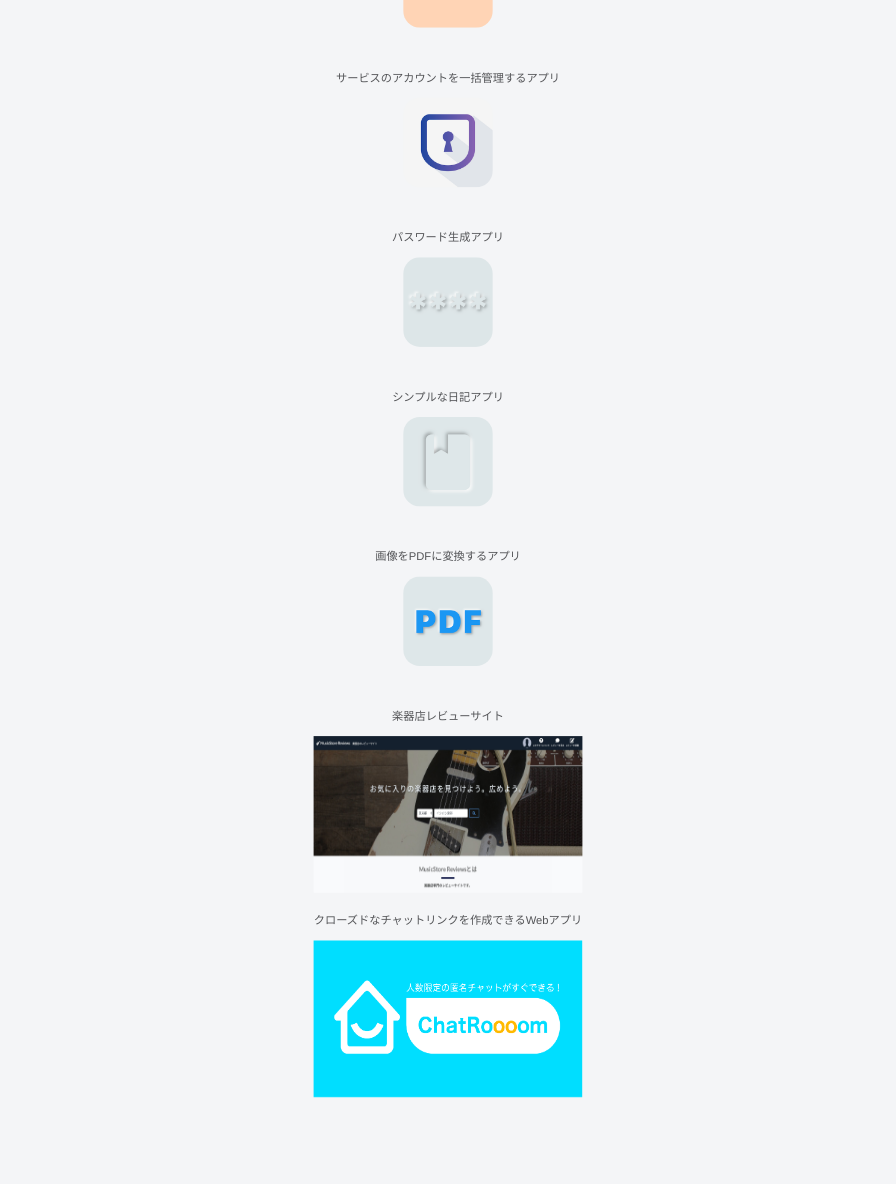
Repository: nosuke0926/my-portfolio
Page: /works
These files come from the project's save history. The page is drawn as it stood at one moment and after the next save; the edit follows.
The browser window is 1280 px wide. The pictures show the part of the page from y = 1661 to 3581 px (the page is 3353 px tall before and 3581 px after), at 70% of full size.
The project was rebuilt for these pictures with package versions that can differ from the ones it lists, and the page was loaded fresh each time. The framework's server and built-in components were replaced by stand-ins that run in the browser. Also part of the build but not shown: next.config.js.

Above is the page before, as saved 2022-08-03 15:48:29.

### pages/_app.tsx
import React from 'react'
import { AppProps } from 'next/app'
import NavTabs from '../components/Tab'
import styles from '../components/layout.module.css'
import utilStyles from '../styles/utils.module.css'
import '../styles/styles.scss'

const App = ({ Component, pageProps }: AppProps) => (
  <div className={utilStyles.backgroundColor}>
    <header className={styles.header}>
      <NavTabs />
    </header>
    <Component {...pageProps} />
  </div>
)

export default App

### pages/works.tsx
import Layout from '../components/Layout'
import utilStyles from '../styles/utils.module.css'
import styles from '../components/layout.module.css'
import TransitionsModal from '../components/modal'

const WorksView = (props: any) => (
  <Layout>
    <div className={styles.header}>
      <p>世の中を少しだけ面白く、便利にするサービスを開発しています。</p>
      <section className={utilStyles.headingMd}>
        <p>
          <TransitionsModal
            src="/images/products/subsc.png"
            alt="アプリ（さぶすく）"
            description="サブスクリプションを賢く管理するアプリ"
            appTitle="さぶすく"
            useTechnology={['Flutter', 'Firebase']}
            appDescription="サービスの無料期間終了前にプッシュ通知でお知らせします。毎月・毎年のサブスクリプションサービスにいくらお金を使っているのかもグラフで可視化します。"
            iosUrl="https://apps.apple.com/jp/app/id1506451600?mt=8"
            productHuntUrl="https://www.producthunt.com/posts/subsc?utm_source=badge-featured&utm_medium=badge&utm_souce=badge-subsc"
            productHuntPostId="349809"
            androidUrl="https://play.google.com/store/apps/details?id=com.nosuke.subscriptionManagement&pcampaignid=pcampaignidMKT-Other-global-all-co-prtnr-py-PartBadge-Mar2515-1"
            type="native"
          />
        </p>
        <p>
          <TransitionsModal
            src="/images/products/rapid.png"
            alt="アプリ（爆速Todoメモ）"
            description="起動して2秒でメモできるアプリ"
            appTitle="爆速Todoメモ"
            useTechnology={['Flutter']}
            appDescription="アプリを起動すると同時にキーボードが開きます。また記入と閲覧が同時にできるよう一画面を分割した新しいメモアプリです。"
            iosUrl="https://apps.apple.com/jp/app/id1511398926?mt=8"
            androidUrl="https://play.google.com/store/apps/details?id=com.nosuke.rapid&pcampaignid=pcampaignidMKT-Other-global-all-co-prtnr-py-PartBadge-Mar2515-1"
            type="native"
          />
        </p>
        <p>
          <TransitionsModal
            src="/images/products/yomoo.png"
            alt="アプリ（Yomoo）"
            description="ニューモフィズムな読書管理アプリ"
            appTitle="Yomoo"
            useTechnology={['Flutter']}
            appDescription="2020年~のUIデザインのトレンドであるNeumorphismを取り入れた読書管理アプリです。楽天ブックスAPI、openBDと連携してバーコード読み取りからの書籍登録が可能です。"
            iosUrl="https://apps.apple.com/jp/app/id1516860157?mt=8"
            androidUrl="https://play.google.com/store/apps/details?id=com.nosuke.yomoo&pcampaignid=pcampaignidMKT-Other-global-all-co-prtnr-py-PartBadge-Mar2515-1"
            type="native"
          />
        </p>
        <p>
          <TransitionsModal
            src="/images/products/oshiPay.png"
            alt="アプリ（推しPay）"
            description="推しへの愛を管理&シェアするアプリ"
            appTitle="推しPay"
            useTechnology={['Flutter', 'Firebase']}
            appDescription="「推し」にいくらお金を使っているのかを記録&SNSにシェアできるアプリです。"
            iosUrl="https://apps.apple.com/jp/app/id1523768983?mt=8"
            androidUrl="https://play.google.com/store/apps/details?id=com.nosuke.oshi_pay&pcampaignid=pcampaignidMKT-Other-global-all-co-prtnr-py-PartBadge-Mar2515-1"
            type="native"
          />
        </p>
        <p>
          <TransitionsModal
            src="/images/products/tubenote.png"
            alt="アプリ（TubeNote）"
            description="YouTubeを見ながらメモできるアプリ"
            appTitle="TubeNote"
            useTechnology={['Flutter', 'Firebase', 'Algolia']}
            appDescription="YouTubeを見ながらリアルタイムにメモできるアプリです。"
            iosUrl="https://apps.apple.com/jp/app/id1535634801?mt=8"
            productHuntUrl="https://www.producthunt.com/posts/tubenote?utm_source=badge-featured&utm_medium=badge&utm_souce=badge-tubenote"
            productHuntPostId="279810"
            androidUrl="https://play.google.com/store/apps/details?id=com.nosuke.movieMemo&pcampaignid=pcampaignidMKT-Other-global-all-co-prtnr-py-PartBadge-Mar2515-1"
            type="native"
          />
        </p>
        <p>
          <TransitionsModal
            src="/images/products/migru.png"
            alt="アプリ（ミグル）"
            description="簡単に頭痛を記録するアプリ"
            appTitle="ミグル"
            useTechnology={['Flutter', 'Firebase']}
            appDescription="頭痛の記録・振り返りに特化したシンプルなアプリです。"
            iosUrl="https://apps.apple.com/jp/app/id1564686045?mt=8"
            androidUrl="https://play.google.com/store/apps/details?id=com.nosuke.migraine&pcampaignid=pcampaignidMKT-Other-global-all-co-prtnr-py-PartBadge-Mar2515-1"
            type="native"
          />
        </p>
        <p>
          <TransitionsModal
            src="/images/products/mariru.png"
            alt="アプリ（マリル）"
            description="結婚・婚活のホンネや不安を匿名で質問できるQ&Aアプリ"
            appTitle="マリル"
            useTechnology={['Flutter', 'Firebase']}
            appDescription="結婚・婚活のホンネや不安を匿名で質問できるQ&Aアプリです。"
            iosUrl="https://apps.apple.com/jp/app/id1578903905?mt=8"
            androidUrl="https://play.google.com/store/apps/details?id=com.nosuke.marry_talk&pcampaignid=pcampaignidMKT-Other-global-all-co-prtnr-py-PartBadge-Mar2515-1"
            type="native"
          />
        </p>
        <p>
          <TransitionsModal
            src="/images/products/accounts.png"
            alt="アカウントフォルダ"
            description="サービスのアカウントを一括管理するアプリ"
            appTitle="アカウントフォルダ"
            useTechnology={['Flutter']}
            appDescription="サービスのアカウント・パスワードを一括管理するアプリです。データは暗号化・端末に保存されるためセキュリティも安心です。"
            iosUrl="https://apps.apple.com/jp/app/id1606877526?mt=8"
            androidUrl="https://play.google.com/store/apps/details?id=com.nosuke.account_holder&pcampaignid=pcampaignidMKT-Other-global-all-co-prtnr-py-PartBadge-Mar2515-1"
            type="native"
          />
        </p>
        <p>
          <TransitionsModal
            src="/images/products/password_generator.png"
            alt="パスワード生成"
            description="パスワード生成アプリ"
            appTitle="パスワード生成"
            useTechnology={['Flutter']}
            appDescription="パスワードを生成することに特化したシンプルなアプリです。"
            iosUrl="https://apps.apple.com/jp/app/id1635128935?mt=8"
            androidUrl="https://play.google.com/store/apps/details?id=com.nosuke.password_generator&pcampaignid=pcampaignidMKT-Other-global-all-co-prtnr-py-PartBadge-Mar2515-1"
            type="native"
          />
        </p>
        <p>
          <TransitionsModal
            src="/images/products/diary.png"
            alt="超シンプル日記"
            description="シンプルな日記アプリ"
            appTitle="超シンプル日記"
            useTechnology={['Flutter']}
            appDescription="日記に必要な「書く」と「読む」ことに特化したシンプルなアプリです。"
            iosUrl="https://apps.apple.com/jp/app/id1635770040?mt=8"
            androidUrl="https://play.google.com/store/apps/details?id=com.nosuke.diary&pcampaignid=pcampaignidMKT-Other-global-all-co-prtnr-py-PartBadge-Mar2515-1"
            type="native"
          />
        </p>
        <p>
          <TransitionsModal
            src="/images/products/pdf_converter.png"
            alt="PDF変換 - 写真や画像をPDFにすぐに変換"
            description="画像をPDFに変換するアプリ"
            appTitle="PDF変換 - 写真や画像をPDFにすぐに変換"
            useTechnology={['Flutter']}
            appDescription="画像や写真をPDFに変換することができる、シンプルなアプリです。複数の画像をまとめて選択・PDFに変換できます。"
            iosUrl="https://apps.apple.com/jp/app/id1637249390?mt=8"
            androidUrl="https://play.google.com/store/apps/details?id=com.nosuke.pdf_converter&pcampaignid=pcampaignidMKT-Other-global-all-co-prtnr-py-PartBadge-Mar2515-1"
            type="native"
          />
        </p>
        <p>
          <TransitionsModal
            src="/images/products/music-store-reviews/cover.jpeg"
            alt="Webアプリ（MusicStore Reviews）"
            description="楽器店レビューサイト"
            appTitle="MusicStore Reviews"
            useTechnology={['Laravel', 'Vue.js', 'Python']}
            appDescription="日本初の楽器店レビューサイト。楽器店のデータはWebスクレイピングで取得しました。一部Vue.jsを使用しています。"
            webUrl="https://musicstore-reviews.com/"
            type="web"
          />
        </p>
        <p>
          <TransitionsModal
            src="/images/products/chatroooom/chatroooom.png"
            alt="Webアプリ（ChatRoooom）"
            description="クローズドなチャットリンクを作成できるWebアプリ"
            appTitle="ChatRoooom"
            useTechnology={['Vue.js', 'Nuxt.js', 'Firebase']}
            appDescription="ChatRoooomは簡単に人数限定のチャットルームを作成できるサービスです。チャット内容は24時間後に削除されるので、プライバシーも安心です。"
            webUrl="https://chatroooom.net/"
            type="web"
          />
        </p>
      </section>
    </div>
  </Layout>
)

export default WorksView

### components/Tab.tsx
import Link from 'next/link'
import React from 'react'
import { makeStyles, Theme } from '@material-ui/core/styles'
import AppBar from '@material-ui/core/AppBar'
import Tabs from '@material-ui/core/Tabs'
import Tab from '@material-ui/core/Tab'
// import Typography from '@material-ui/core/Typography'
// import Box from '@material-ui/core/Box'

// interface TabPanelProps {
//   children?: React.ReactNode
//   index: any
//   value: any
// }

// function TabPanel(props: TabPanelProps) {
//   const { children, value, index, ...other } = props

//   return (
//     <div
//       role="tabpanel"
//       hidden={value !== index}
//       id={`nav-tabpanel-${index}`}
//       aria-labelledby={`nav-tab-${index}`}
//       {...other}
//     >
//       {value === index && (
//         <Box p={3}>
//           <Typography>{children}</Typography>
//         </Box>
//       )}
//     </div>
//   )
// }

function a11yProps(index: any) {
  return {
    id: `nav-tab-${index}`,
    'aria-controls': `nav-tabpanel-${index}`,
  }
}

interface LinkTabProps {
  label?: string
  href?: string
}

function LinkTab(props: LinkTabProps) {
  return (
    <Tab
      component="a"
      onClick={(event: React.MouseEvent<HTMLAnchorElement, MouseEvent>) => {
        event.preventDefault()
      }}
      {...props}
    />
  )
}

const useStyles = makeStyles((theme: Theme) => ({
  root: {
    flexGrow: 1,
    backgroundColor: theme.palette.background.paper,
  },
}))

export default function NavTabs() {
  const classes = useStyles()
  const [value, setValue] = React.useState(0)

  const handleChange = (event: React.ChangeEvent<{}>, newValue: number) => {
    setValue(newValue)
  }

  return (
    <div className={classes.root}>
      <AppBar position="static" color="default">
        <Tabs
          TabIndicatorProps={{ style: { background: 'transparent' } }}
          textColor="primary"
          variant="fullWidth"
          value={value}
          onChange={handleChange}
          aria-label="nav tabs example"
        >
          <Link href="/">
            <LinkTab label="Home" href="/" {...a11yProps(0)} />
          </Link>
          <Link href="/works">
            <LinkTab label="Works" href="/works" {...a11yProps(1)} />
          </Link>
          <Link href="/contact">
            <LinkTab label="Contact" href="/contact" {...a11yProps(2)} />
          </Link>
        </Tabs>
      </AppBar>
      {/* <TabPanel value={value} index={0}>
        Page One
      </TabPanel>
      <TabPanel value={value} index={1}>
        Page Two
      </TabPanel>
      <TabPanel value={value} index={2}>
        Page Three
      </TabPanel> */}
    </div>
  )
}

### components/layout.module.css
.container {
  max-width: 36rem;
  padding: 0 1rem;
  margin: 3rem auto 6rem;
}

.header {
  display: flex;
  flex-direction: column;
  align-items: center;
}

.headerImage {
  width: 6rem;
  height: 6rem;
}

.headerHomeImage {
  width: 8rem;
  height: 8rem;
}

.appIconImage {
  margin: 1rem;
  width: 8rem;
  height: 8rem;
  margin: auto;
  transition: transform 0.5s;
  margin-bottom: 2rem;
}
.appIconImage:hover {
  transform: scale(1.2);
}

.webApplicationImage {
  width: 24rem;
  height: 14rem;
  align-items: center;
  transition: transform 0.5s;
}
.webApplicationImage:hover {
  transform: scale(1.1);
}

.backToHome {
  margin: 3rem 0 0;
}

.socialIcon {
  color: rgb(168, 171, 176);
  margin: 0 2rem;
  font-size: 2rem;
}

.socialIcon:hover {
  color: rgb(83, 84, 87);
}

.appDescriptionText {
  color: rgb(83, 84, 87);
  font-size: 1rem;
  text-align: center;
}

.iosButton {
  display: inline-block;
  overflow: hidden;
  background: url(https://tools.applemediaservices.com/api/badges/download-on-the-app-store/black/en-us?)
    no-repeat;
  width: 120px;
  height: 40px;
}

.androidButton {
  width: 155px;
  margin-top: 0.4rem;
}

.productHuntButton {
  /* width: 250px;
  height: 54px; */
  width: 160px;
  margin: 0.1rem;
}

.appButtonAlign {
  display: flex;
  flex-direction: row;
  align-items: center;
  flex-wrap: wrap;
}

### styles/utils.module.css
.heading2Xl {
  font-size: 1.5rem;
  line-height: 1.2;
  font-weight: 800;
  letter-spacing: -0.05rem;
  margin: 1rem 0;
}

.headingXl {
  font-size: 2rem;
  line-height: 1.3;
  font-weight: 800;
  letter-spacing: -0.05rem;
  margin: 1rem 0;
}

.headingLg {
  font-size: 1.5rem;
  line-height: 1.4;
  margin: 1rem 0;
}

.headingMd {
  font-size: 1.2rem;
  line-height: 1.5;
}

.borderCircle {
  border-radius: 9999px;
}

.borderAppIcon {
  border-radius: 1.5rem;
}

.colorInherit {
  color: inherit;
}

.padding1px {
  padding-top: 1px;
}

.list {
  list-style: none;
  padding: 0;
  margin: 0;
}

.listItem {
  margin: 0 0 1.25rem;
}

.center {
  text-align: center;
}

### styles/styles.scss
@import '~normalize.css';
body {
  background-color: #f4f5f7;
  color: rgb(83, 84, 87);
  font-family: 'Helvetica Neue', Arial, 'Hiragino Kaku Gothic ProN',
    'Hiragino Sans', Meiryo, sans-serif;
}

### components/Layout.tsx
import Head from 'next/head'
import styles from './layout.module.css'
// import utilStyles from '../styles/utils.module.css'
// import Link from 'next/link'

export const siteTitle = 'のすけのポートフォリオサイト'

export default function Layout({ children }: any) {
  const trackingId: string = process.env.ga_tracking_id!
  const description: string =
    'Webエンジニアとして活動している、Nagese Ryunosukeのポートフォリオサイトです。'
  const url: string = 'https://nosuke-portfolio.web.app/'
  const image = 'https://nosuke-portfolio.web.app/images/portfolio_ogp.png'
  return (
    <div className={styles.container}>
      <Head>
        <script
          async
          src={`https://www.googletagmanager.com/gtag/js?id=${trackingId}`}
        ></script>
        <script
          dangerouslySetInnerHTML={{
            __html: `(function(){ window.dataLayer = window.dataLayer || [];function gtag(){dataLayer.push(arguments);}gtag('js', new Date());gtag('config', '${trackingId}');})`,
          }}
        />
        <title>のすけのポートフォリオ</title>
        <meta name="description" content={description} />

        <meta property="og:title" content={siteTitle} />
        <meta property="og:description" content={description} />
        <meta property="og:type" content="blog" />
        <meta property="og:url" content={url} />
        <meta property="og:image" content={image} />
        <meta property="og:site_name" content={siteTitle} />
        <meta property="twitter:card" content="summary_large_image" />
        <meta property="twitter:site" content="@nosuke926" />
        <meta property="twitter:url" content={url} />
        <meta property="twitter:title" content={siteTitle} />
        <meta property="twitter:description" content={description} />
        <meta property="twitter:image" content={image} />
        {/* <link rel="canonical" href={url} /> */}
        {/* <link rel="apple-touch-icon" href={image} /> */}
        <meta
          name="google-site-verification"
          content="7LNV_CLMRiHwoVKdUbRlCdyJ0TIhYsWJh2PT3cJEO9w"
        />
      </Head>

      <main>{children}</main>
    </div>
  )
}

### components/modal.tsx
import React from 'react'
import { makeStyles, Theme, createStyles } from '@material-ui/core/styles'
import Modal from '@material-ui/core/Modal'
import Backdrop from '@material-ui/core/Backdrop'
import Fade from '@material-ui/core/Fade'
import utilStyles from '../styles/utils.module.css'
import styles from './layout.module.css'

const useStyles = makeStyles((theme: Theme) =>
  createStyles({
    modal: {
      display: 'flex',
      alignItems: 'center',
      justifyContent: 'center',
    },
    paper: {
      backgroundColor: theme.palette.background.paper,
      //   border: '2px solid #000',
      boxShadow: theme.shadows[5],
      padding: theme.spacing(2, 4, 3),
      outline: 0,
    },
  }),
)

export default function TransitionsModal(props: any) {
  const classes = useStyles()
  const [open, setOpen] = React.useState(false)

  const handleOpen = () => {
    setOpen(true)
  }

  const handleClose = () => {
    setOpen(false)
  }

  return (
    <div className={`${utilStyles.center}`}>
      <p className={`${styles.appDescriptionText}`}>{props.description}</p>
      <a href="#" onClick={handleOpen}>
        <img
          src={props.src}
          className={
            props.type === 'native'
              ? `${styles.appIconImage} ${utilStyles.borderAppIcon}`
              : `${styles.webApplicationImage}`
          }
          alt={props.alt}
        />
      </a>
      <Modal
        aria-labelledby="transition-modal-title"
        aria-describedby="transition-modal-description"
        className={classes.modal}
        open={open}
        onClose={handleClose}
        closeAfterTransition
        BackdropComponent={Backdrop}
        BackdropProps={{
          timeout: 500,
        }}
      >
        <Fade in={open}>
          <div className={`${classes.paper}`}>
            <h2 id="transition-modal-title">{props.appTitle}</h2>
            <div>
              <p>使用技術</p>
              <ul>
                {props.useTechnology &&
                  props.useTechnology.map((word: string, index: string) => (
                    <li key={index}>{word}</li>
                  ))}
              </ul>
            </div>
            <p id="transition-modal-description">{props.appDescription}</p>
            <div
              className={
                props.type === 'native' ? `${styles.appButtonAlign}` : ''
              }
            >
              {props.iosUrl && (
                <a
                  className={`${styles.iosButton}`}
                  href={props.iosUrl}
                  target="_blank"
                ></a>
              )}
              {props.androidUrl && (
                <a href={props.androidUrl} target="_blank">
                  <img
                    alt="Google Play で手に入れよう"
                    src="https://play.google.com/intl/ja_jp/badges/static/images/badges/ja_badge_web_generic.png"
                    className={`${styles.androidButton}`}
                  />
                </a>
              )}
              {props.webUrl && (
                <a href={props.webUrl} target="_blank">
                  {props.webUrl}
                </a>
              )}
              {props.productHuntUrl && (
                <a href={props.productHuntUrl} target="_blank">
                  <img
                    src={`https://api.producthunt.com/widgets/embed-image/v1/featured.svg?post_id=${props.productHuntPostId}&theme=light`}
                    alt={`${props.alt} | Product Hunt`}
                    className={`${styles.productHuntButton}`}
                  />
                </a>
              )}
            </div>
          </div>
        </Fade>
      </Modal>
    </div>
  )
}

After the next save:
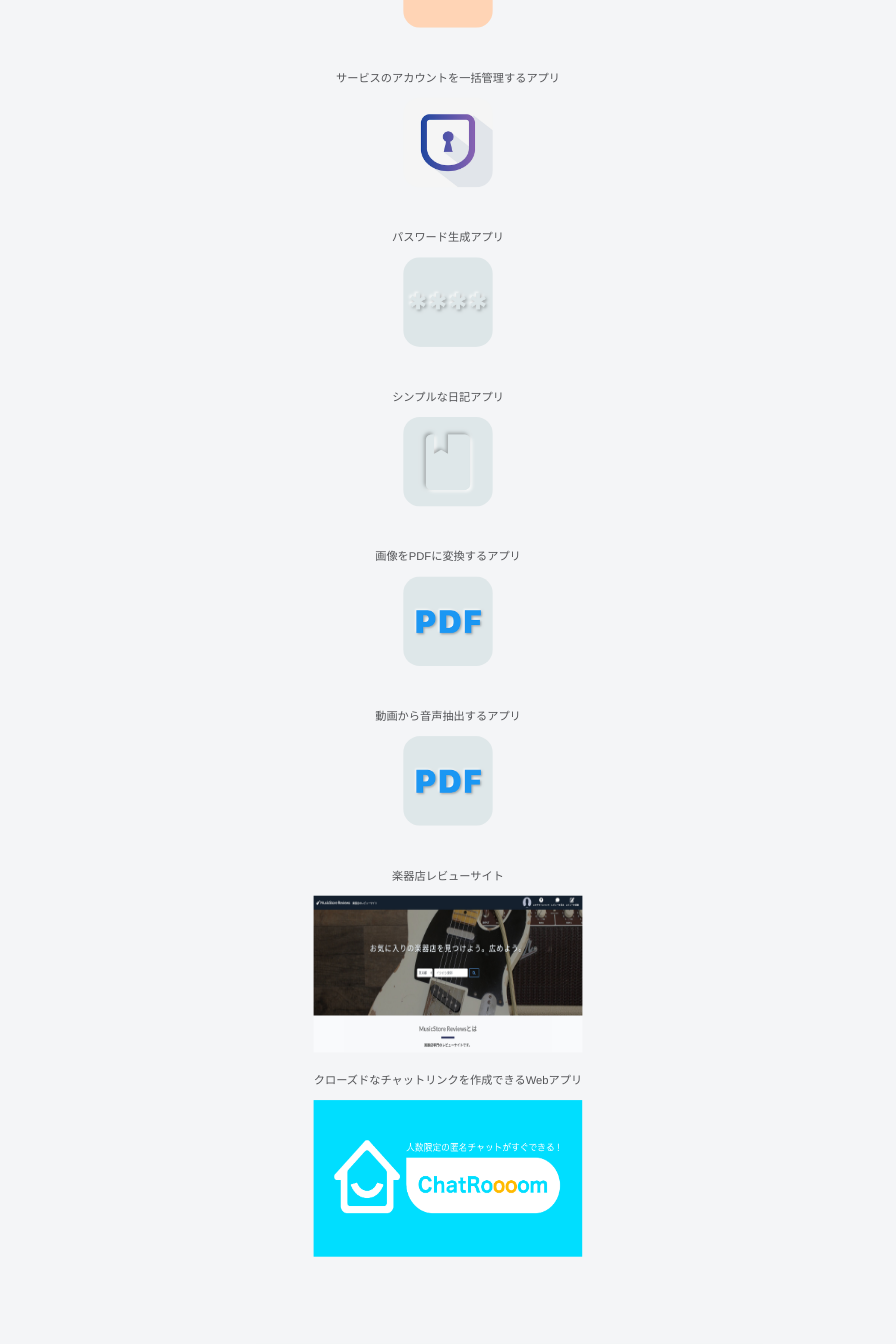
Saved 2 days later.
--- a/pages/works.tsx
+++ b/pages/works.tsx
@@ -157,6 +157,19 @@
         </p>
         <p>
           <TransitionsModal
+            src="/images/products/pdf_converter.png"
+            alt="音声抽出 - 動画をMP3に変換"
+            description="動画から音声抽出するアプリ"
+            appTitle="音声抽出 - 動画をMP3に変換"
+            useTechnology={['Flutter']}
+            appDescription="画像や写真をPDFに変換することができる、シンプルなアプリです。複数の画像をまとめて選択・PDFに変換できます。"
+            iosUrl="https://apps.apple.com/jp/app/id1637249390?mt=8"
+            androidUrl="https://play.google.com/store/apps/details?id=com.nosuke.pdf_converter&pcampaignid=pcampaignidMKT-Other-global-all-co-prtnr-py-PartBadge-Mar2515-1"
+            type="native"
+          />
+        </p>
+        <p>
+          <TransitionsModal
             src="/images/products/music-store-reviews/cover.jpeg"
             alt="Webアプリ（MusicStore Reviews）"
             description="楽器店レビューサイト"
